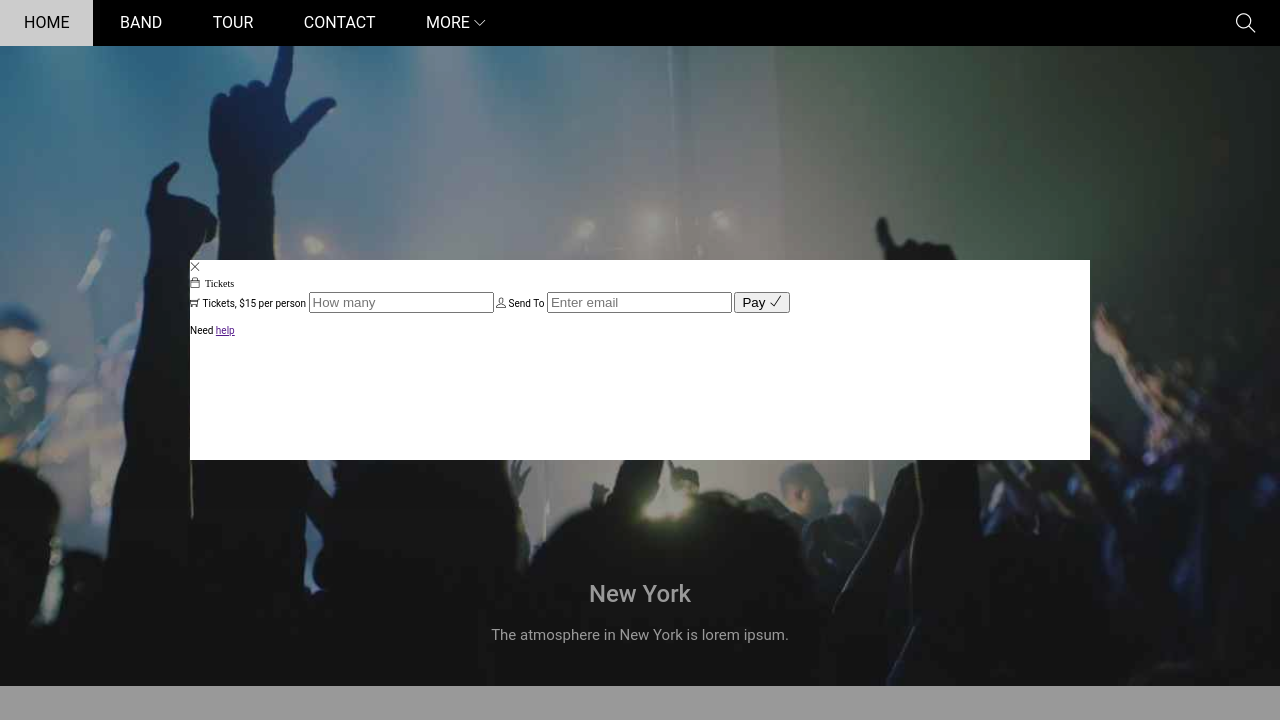
Repository: vuongld315/myLandingPage
Page: index.html
The author's editor kept a copy of each file at every save. The page is drawn from the files as they stood at one save, then again after the next save.
The browser window is 1280 px wide. The pictures show the window.
A layer covers the whole window, so only the first screen is drawn.

Above is the page before, as saved 2022-07-27 11:54:16.

### index.html
<!DOCTYPE html>
<html lang="en">
<head>
    <meta charset="UTF-8">
    <meta http-equiv="X-UA-Compatible" content="IE=edge">
    <meta name="viewport" content="width=device-width, initial-scale=1.0">
    <title>Document</title>
    <link rel="stylesheet" href="./assets/css/main.css">
    <link rel="stylesheet" href="./assets/css/base.css">
    <link rel="stylesheet" href="./assets/fonts/themify-icons/themify-icons.css">
</head>
<body>
    <div id="main">
        <div id="header">
            <div id="nav">
                <ul>
                    <li><a href="">Home</a></li>
                    <li><a href="">Band</a></li>
                    <li><a href="">Tour</a></li>
                    <li><a href="">Contact</a></li>
                    <li>
                        <a href="#">
                            More
                            <i class="nav-arrow-down ti-angle-down"></i>
                        </a>
                        <ul class="subnav">
                            <li><a href="">Merchadise</a></li>
                            <li><a href="">Extras</a></li>
                            <li><a href="">Media</a></li>
                        </ul>
                    </li>
                </ul>
            </div>
            <div class="search-btn">
                <i class="search-icon ti-search"></i>
            </div>
        </div>

        <div id="slider">
            <div class="slider-faded">
                <img src="/assets/img/slider1.jpg" alt="">
                <div class="text-content">
                    <h2 class="text-heading">Chicago</h2>
                    <div class="text-desciption">Thank you, Chicago - A night we won't forget.</div>
                </div>
            </div>
            <div class="slider-faded">
                <img src="/assets/img/slider2.jpg" alt="">
                <div class="text-content">
                    <h2 class="text-heading">Los Angeles</h2>
                    <div class="text-desciption">We had the best time playing at Venice Beach!</div>
                </div>
            </div>
            <div class="slider-faded">
                <img src="/assets/img/slider3.jpg" alt="">
                <div class="text-content">
                    <h2 class="text-heading">New York</h2>
                    <div class="text-desciption">The atmosphere in New York is lorem ipsum.</div>
                </div>
            </div>
        </div>
        <div id="content">
            <!-- About section -->
            <div class="content-section">
                <h2 class="section-heading">THE BAND</h2>
                <p class="section-sub-heading">We love music</p>
                <p class="about-text">We have created a fictional band website. Lorem ipsum dolor sit amet, consectetur adipiscing elit, sed do eiusmod tempor incididunt ut labore et dolore magna aliqua. Ut enim ad minim veniam, quis nostrud exercitation ullamco laboris nisi ut aliquip ex ea commodo consequat. Duis aute irure dolor in reprehenderit in voluptate velit esse cillum dolore eu fugiat nulla pariatur. Excepteur sint occaecat cupidatat non proident, sunt in culpa qui officia deserunt mollit anim id est laborum consectetur adipiscing elit, sed do eiusmod tempor incididunt ut labore et dolore magna aliqua. Ut enim ad minim veniam, quis nostrud exercitation ullamco laboris nisi ut aliquip ex ea commodo consequat.</p>
                <div class="member-list">
                    <div class="member-item">
                        <p class="member-name">Name</p>
                        <div class="member-img">
                          <img src="./assets/img/bandmember.jpg" alt="" class="member-avata">
                        </div>
                    </div>
                    <div class="member-item">
                        <p class="member-name">Name</p>
                        <div class="member-img">
                          <img src="./assets/img/bandmember.jpg" alt="" class="member-avata">
                        </div>
                    </div>
                    <div class="member-item">
                        <p class="member-name">Name</p>
                        <div class="member-img">
                          <img src="./assets/img/bandmember.jpg" alt="" class="member-avata">
                        </div>
                    </div>
                </div>
            </div>
            <!-- Tour-section -->
            <div class="tour-section">
                <div class="content-section">
                    <h2 class="section-heading text-white">TOUR DATES</h2>
                    <p class="section-sub-heading text-white">Remember to book your tickets!</p>
                    <ul class="ticket-list">
                        <li>September <span class="sold-out">Sold out</span></li>
                        <li>October <span class="sold-out">Sold out</span></li>
                        <li>November <span class="quantity">3</span></li>
                    </ul>
                    <div class="tour-list-items">
                        <div class="tour-list-item">
                            <img src="./assets/img/newyork.jpg" alt="" class="tour-item-img">
                            <div class="tour-list-container">
                                <h2 class="tour-item-country">New York</h2>
                                <div class="tour-list-time">Fri 27 Nov 2016</div>
                                <p class="tour-list-text">Praesent tincidunt sed tellus ut rutrum sed vitae justo.</p>
                                <a href="#" class="tour-list-buttom text-white">Buy Tickets</a>
                            </div>
                        </div>
                        <div class="tour-list-item">
                            <img src="./assets/img/paris.jpg" alt="" class="tour-item-img">
                            <div class="tour-list-container">
                                <h2 class="tour-item-country">Paris</h2>
                                <div class="tour-list-time">Fri 27 Nov 2016</div>
                                <p class="tour-list-text">Praesent tincidunt sed tellus ut rutrum sed vitae justo.</p>
                                <a href="#" class="tour-list-buttom text-white">Buy Tickets</a>
                            </div>
                        </div>
                        <div class="tour-list-item">
                            <img src="./assets/img/sanfran.jpg" alt="" class="tour-item-img">
                            <div class="tour-list-container">
                                <h2 class="tour-item-country">San Francisco</h2>
                                <div class="tour-list-time">Fri 27 Nov 2016</div>
                                <p class="tour-list-text">Praesent tincidunt sed tellus ut rutrum sed vitae justo.</p>
                                <a href="#" class="tour-list-buttom text-white">Buy Tickets</a>
                            </div>
                        </div>
                    </div>
                </div>
            </div>
            <!-- modal -->
            <div class="modal">
                <div class="modal-container">
                    <div class="modal-close">
                        <i class="ti-close"></i>
                    </div>
                    <div class="modal-header">
                        <i class="ti-bag">
                            Tickets
                        </i>
                    </div>
                    <div class="modal-body">
                        <label for="" class="modal-label">
                            <i class="ti-shopping-cart"></i>
                            Tickets, $15 per person
                        </label>
                        <input type="text" class="modal-input" placeholder="How many">
                        <label for="" class="modal-label">
                            <i class="ti-user"></i>
                            Send To
                        </label>
                        <input type="text" class="modal-input" placeholder="Enter email">
                        <button id="buy-tickets">
                            Pay
                            <i class="ti-check"></i>
                        </button>
                    </div>
                    <div class="modal-footer">
                        <p class="modal-help">Need <a href="">help</a></p>
                    </div>
                </div>
            </div>
             <!-- Contact-section -->
            <div class="content-section">
                <h2 class="section-heading">CONTACT</h2>
                <p class="section-sub-heading">Fan? Drop a note!!</p>

            </div>
        </div>

        <div id="footer">

        </div>
    </div>
    <script src="./main.js"></script>
</body>
</html>

### assets/css/main.css
body    {
    margin: 0;
    padding: 0;
}

#header {
    height: 46px;
    background-color: #000;
    display: flex;
    align-items: center;
    justify-content: space-between;
    position: fixed;
    top: 0;
    right: 0;
    left: 0;
    z-index: 1;
}

#nav ul {
    padding: 0;
}

#nav li {
    display: inline-block;
    position: relative;
}

#nav > ul > li > a   {
    color: #fff;
    text-transform: uppercase;
    padding: 0 24px;
    line-height: 46px;
}

#nav li a   {
    text-decoration: none;
    font-size: 1.6rem;
    display: inline-block;

}

#nav .subnav li:hover,
#nav > ul > li:hover > a {
    color:#000;
    background-color: #ccc;

}

#nav > ul > li:hover .subnav    {
    display: block;
}

#nav .subnav    {
    display: none;
    position: absolute;
    background-color: #fff;
    width: 160px;
    box-shadow: 0 0 10px rgba(0 ,0 ,0 , .3);
}

#nav .subnav li {
    width: 100%;
    list-style: none;
    padding: 12px;

}

#nav .subnav a  {
    color: #000;
    font-size: 1.4rem;
}

.nav-arrow-down {
    font-size: 1.2rem;
}

#header .search-btn {
    font-size: 20px;
    color: #fff;
    padding: 13px 24px;
    height: 100%;
}

#header .search-btn:hover   {
    background-color: #f44336;
    cursor: pointer;
}

#slider {
    margin-top: 46px;
    position: relative;
}

.slider-faded img   {
    width: 100%;
}

.text-content  {
    position: absolute;
    color: #fff;
    bottom: 48px;
    width: 100%;
    text-align: center;
}

.text-heading   {
    font-weight: 500;
    font-size: 24px;
}

.text-desciption    {
    font-size: 15px;
    margin-top: 25px;
}
.text-white {
    color: #fff !important;
}

/* about section */

#content .content-section   {
    width: 800px;
    margin: 0 auto;
    padding: 64px 0;
}

#content .content-section .section-heading  {
    font-size: 30px;
    font-weight: 500;
    text-align: center;
    letter-spacing: 4px;
}

#content .content-section .section-sub-heading  {
    font-size: 15px;
    text-align: center;
    margin-top: 25px;
    font-style: italic;
    opacity: 0.6;
}

#content .content-section .about-text   {
    text-align: justify;
    font-size: 15px;
    margin-top: 25px;
    line-height: 1.4;
}

#content .content-section .member-list  {
    margin-top: 48px;
    display: flex;
    justify-content: space-between;
    align-items: center;
}

#content .content-section .member-name  {
    font-size: 15px;
    text-align: center;
}

#content .content-section .member-img   {
    text-align: center;
}

#content .content-section .member-avata {
    width: 60%;
    border-radius: 4px;
}


/* tour section */

#content .tour-section  {
    background-color: #000;
}

#content .tour-section .ticket-list {
    background-color: #fff;
    margin-top: 40px;
    padding: 0;
}

#content .tour-section .ticket-list > li    {
    list-style: none;
    font-size: 15px;
    padding: 11px 16px;
    margin-left: 0;
    border-bottom: 1px solid #ccc;
    color: #757575;
}

#content .tour-section .ticket-list .sold-out   {
    background-color: #f44336;
    color: #fff;
    padding: 3px 4px;
    margin-left: 16px;
}

#content .tour-section .ticket-list .quantity   {
    float: right;
    width: 24px;
    height: 24px;
    background-color: #000;
    color: #fff;
    border-radius: 50%;
    text-align: center;
    line-height: 24px;
    margin-top: -3px;
}

#content .tour-section .tour-list-items  {
    background-color: #000;
    display: flex;
    justify-content: space-between;
    margin-top: 32px;
}

#content .tour-section .tour-list-item {
    width: 30%;
    height: 390px;
    display: flex;
    flex-direction: column;
}

/* <!-- Tour-section */
.tour-list-items    {
    margin-bottom: 40px;
}

.tour-item-img  {
    width: 100%;
}

.tour-item-img:hover    {
    opacity: 0.6;
}

.tour-list-container    {
    padding-left: 16px;
    background-color: #fff;
    height: 205px;
}

.tour-list-time {
    opacity: 0.6;
    padding: 10px 0 20px;
}

.tour-list-text {
    font-size: 1.4rem;
    margin-top: 0;
}

.tour-list-buttom   {
    padding: 11px 16px;
    text-decoration: none;
    background-color: #000;
    font-size: 1.4rem;
    margin-top: 15px;
    display: inline-block;

}

.tour-list-buttom:hover   {
    opacity: 0.6;
}

.modal  {
    position: fixed;
    top: 0;
    left: 0;
    bottom: 0;
    right: 0;
    background-color: rgba(0 ,0 ,0 , .4);
    display: flex;
    justify-content: center;
    align-items: center;
}

.modal-container    {
    background-color: #fff;
    width: 900px;
    min-height: 200px;
}

.modal-header   {
    background-color: ;
}


#footer {

}

### assets/css/base.css
*   {
    box-sizing: inherit;
}

body    {
    padding-bottom:100px ;
}

html    {
    font-size: 62.5%;
    line-height: 1.6rem;
    font-family: 'Roboto', sans-serif;
    box-sizing: border-box;
}

.gird   {
    width: 1200px;
    max-width: 100%;
    margin: 0 auto;
}

.gird__full-width   {
    width: 100%;
}

.gird__row  {
    display: flex;
    flex-wrap: wrap;
}

### main.js
var slideIndex = 0;
var slides = document.querySelectorAll('.slider-faded');
function showSlides()   {
    for (var i = 0; i < slides.length; i++) {
        slides[i].style.display = "none";
    }
    slideIndex++;
    if (slideIndex > slides.length) {
        slideIndex = 1
    }
    slides[slideIndex-1].style.display = "block";
    setTimeout(showSlides, 2000);
}
showSlides();

Loaded but not shown: assets/fonts/themify-icons/themify-icons.css (common file)

After the next save:
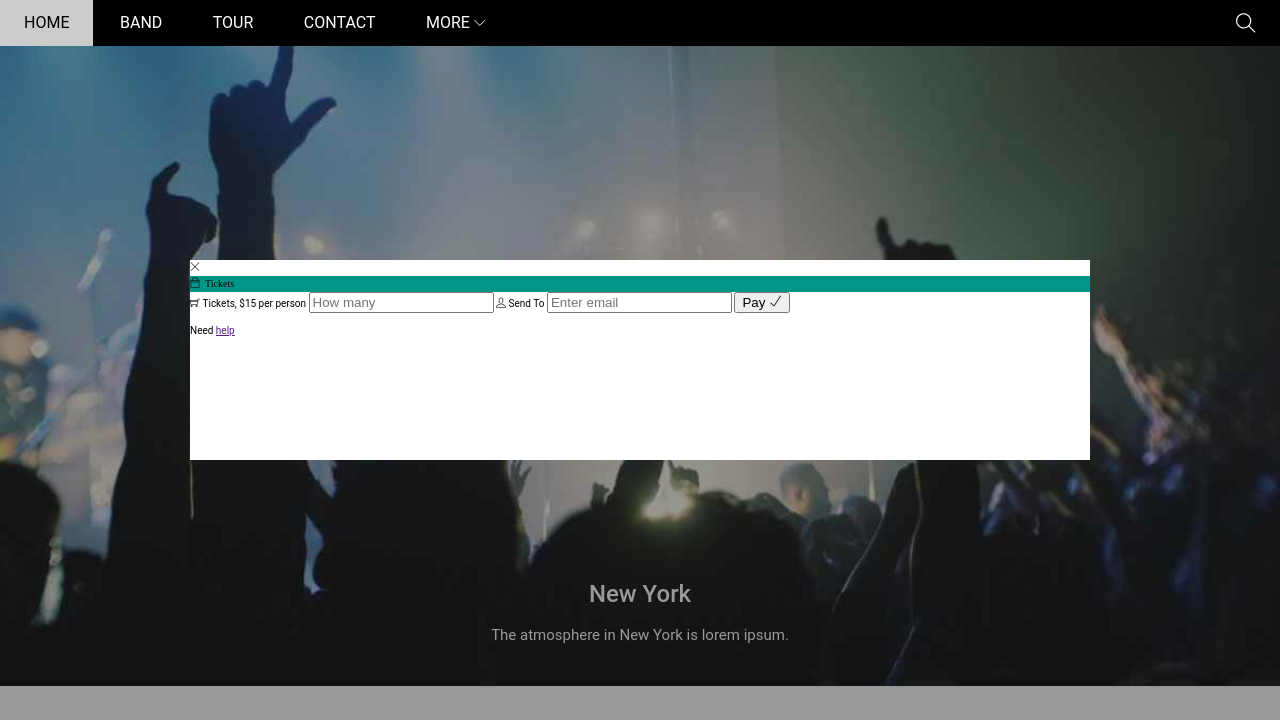
Saved 5 s later.
--- a/assets/css/main.css
+++ b/assets/css/main.css
@@ -284,7 +284,7 @@ body    {
 }
 
 .modal-header   {
-    background-color: ;
+    background-color: #009688;
 }
 
 
